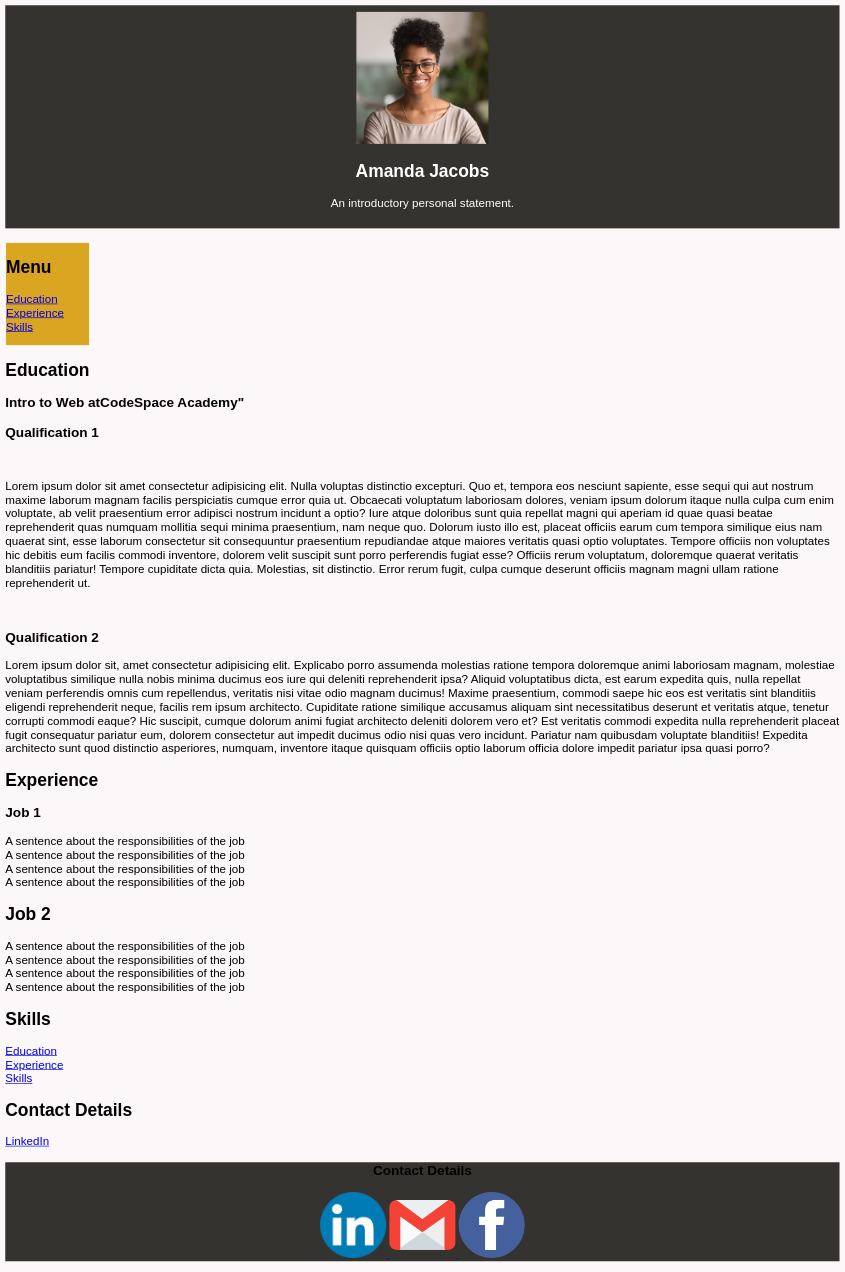
Repository: LeonardMhere/Resume-3
Page: resume `3/index.html
The author's editor kept a copy of each file at every save. The page is drawn from the files as they stood at one save, then again after the next save.
The browser window is 1280 px wide. The pictures show the whole page, at 66% of full size.

Above is the page before, as saved 2023-03-23 09:43:01.

### resume `3/index.html
<!DOCTYPE html>
<html lang="en">
    <meta charset="UTF-8">
    <meta http-equiv="X-UA-Compatible" content="IE=edge">
    <meta name="viewport" content="width=device-width, initial-scale=1.0">
    <link rel="stylesheet" href="css/stylesheet.css">

<head>
    <title>Amanda Jacobs</title>
</head>

<body>


  <header id="heading">
 <aside>
   <img id="profilePhoto" src="./images/profilePhoto.jpeg" width="200px"
   alt="Error Thumbnail">

  <h1>Amanda Jacobs</h1>
  <p>An introductory personal statement.</p>

    </header>

    <br/>
<main>
  <section>
   <article>
     <div class="nav-menu">
      <nav>
        <h2>Menu</h2>

  <ul>
      <li><a href="education">Education</a></li>
      <li><a href="experience">Experience</a></li>
      <li><a href="skills">Skills</a></li>
      </div>
  </ul>
</nav>
</aside>



<div class="box-1">
  <h2 id="education">Education</h2>
  <h3>Intro to Web at<a href="http://codespace.co.za/"></a>CodeSpace Academy"</a></h3>



  <h3>Qualification 1</h3>
  <br/>
     <p>Lorem ipsum dolor sit amet consectetur adipisicing elit. Nulla voluptas distinctio excepturi.
       Quo et, tempora eos nesciunt sapiente, esse sequi qui aut nostrum maxime laborum magnam facilis perspiciatis cumque error quia ut. Obcaecati voluptatum laboriosam dolores, veniam ipsum dolorum itaque nulla culpa cum enim voluptate,
       ab velit praesentium error adipisci nostrum incidunt a optio? Iure atque doloribus sunt quia repellat magni qui aperiam id quae quasi beatae reprehenderit quas numquam mollitia sequi minima praesentium, nam neque quo. Dolorum iusto illo est, placeat officiis earum cum tempora similique eius nam quaerat sint, esse laborum consectetur sit consequuntur praesentium repudiandae atque maiores veritatis quasi optio voluptates. Tempore officiis non voluptates hic debitis eum facilis commodi inventore, dolorem velit suscipit sunt porro perferendis fugiat esse? Officiis rerum voluptatum, doloremque quaerat veritatis blanditiis pariatur! Tempore cupiditate dicta quia. Molestias, sit distinctio. Error rerum fugit, culpa cumque deserunt officiis magnam magni ullam ratione reprehenderit ut.
      </p>
    </div>
      <br/>

  <div class="box-2">
   <h3>Qualification 2</h3>

      <p>
        Lorem ipsum dolor sit, amet consectetur adipisicing elit. Explicabo porro assumenda molestias ratione tempora doloremque animi laboriosam magnam, molestiae voluptatibus similique nulla nobis minima ducimus eos iure qui deleniti reprehenderit ipsa? Aliquid voluptatibus dicta, est earum expedita quis, nulla repellat veniam perferendis omnis cum repellendus, veritatis nisi vitae odio magnam ducimus! Maxime praesentium, commodi saepe hic eos est veritatis sint blanditiis eligendi reprehenderit neque, facilis rem ipsum architecto. Cupiditate ratione similique accusamus aliquam sint necessitatibus deserunt et veritatis atque, tenetur corrupti commodi eaque? Hic suscipit, cumque dolorum animi fugiat architecto deleniti dolorem vero et? Est veritatis commodi expedita nulla reprehenderit placeat fugit consequatur pariatur eum, dolorem consectetur aut impedit ducimus odio nisi quas vero incidunt. Pariatur nam quibusdam voluptate blanditiis! Expedita architecto sunt quod distinctio asperiores, numquam, inventore itaque quisquam officiis optio laborum officia dolore impedit pariatur ipsa quasi porro?
      </p>
    </div>


    <h2 id="experience">Experience</h2>

    <h3>Job 1</h3>
    <p>
        <ul>
            <li>A sentence about the responsibilities of the job</li>
            <li>A sentence about the responsibilities of the job</li>
            <li>A sentence about the responsibilities of the job</li>
            <li>A sentence about the responsibilities of the job</li>
        </ul>
    </p>



    <h2>Job 2</h2>

     <p>
        <ul>
            <li>A sentence about the responsibilities of the job</li>
            <li>A sentence about the responsibilities of the job</li>
            <li>A sentence about the responsibilities of the job</li>
            <li>A sentence about the responsibilities of the job</li>
        </ul>
     </p>



      <h2 id="skills">Skills</h2>

<ul>
  <li><a href="#education">Education</a></li>
  <li><a href="#experience">Experience</a></li>
  <li><a href="#Skills">Skills</a></li>
</ul>
</p>

<h2>Contact Details</h2>
<p><a href="http://linkedin.com">LinkedIn</a>

    </section>
  </article>
</main>








<footer>
    <h3>Contact Details</h3>
    <ul>
       <a href="http://linkedin.com" target="_blank">
           <img class="icons" src="images/linkedinIcon.png"
           alt="Amanda Jacobs Linkedin"
           width="100px">

       </a>

       <a href="//http://gmail.com" target="_blank">
        <img class="icons" src="images/gmailIcon.png"
        alt="Amanda Jacobs Gmail"
        width="100px">
       </a>

       <a href="//http://facebook.com" target="_blank">
        <img class="icons" src="images/facebookIcon.png"
        alt="Amanda Jacobs facebook Account"
        width="100px">
       </a>
</ul>
</footer>











</body>
</html>

### resume `3/css/stylesheet.css
*{
  box-sizing: border-box;
  padding: 0;

}

body{
  font-family: sans-serif;
  font-size:110%;
  background-color: #FCF7F8;
}

header {
  text-align: center;
  background-color: #343330;
  color: white;
  padding: 10px 0 10px ;
}



.nav-menu{
    background-color:goldenrod;
    margin: 1px;
    width: 10%;
    overflow: auto;
    background-color:
}

ul {
  list-style: none;
  margin-left: 0%;
}





footer {
  background-color: #343330;
  text-align: center;
}

After the next save:
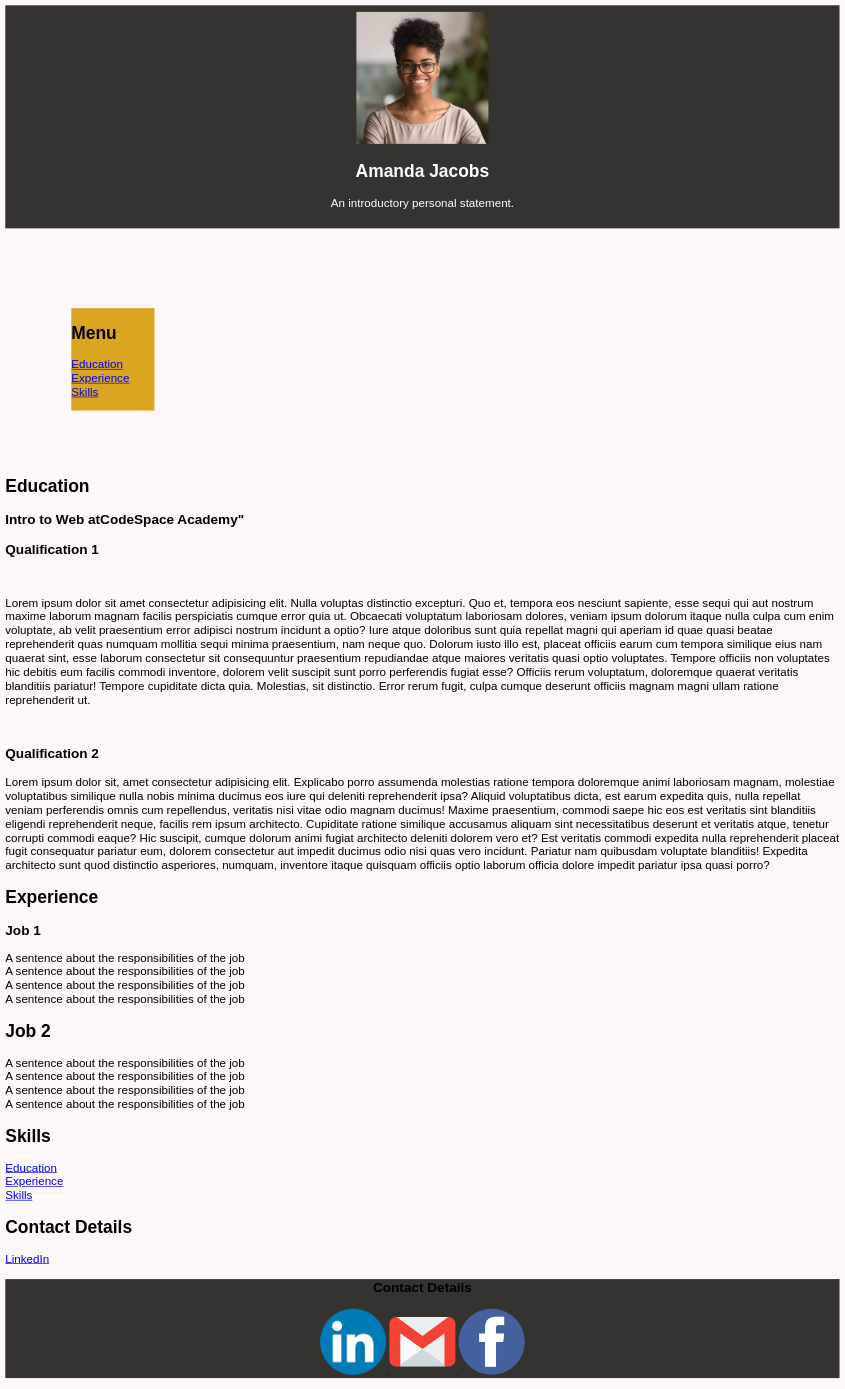
Saved 27 s later.
--- a/resume `3/css/stylesheet.css
+++ b/resume `3/css/stylesheet.css
@@ -21,7 +21,7 @@ header {
 
 .nav-menu{
     background-color:goldenrod;
-    margin: 1px;
+    margin: 100px;
     width: 10%;
     overflow: auto;
     background-color:
